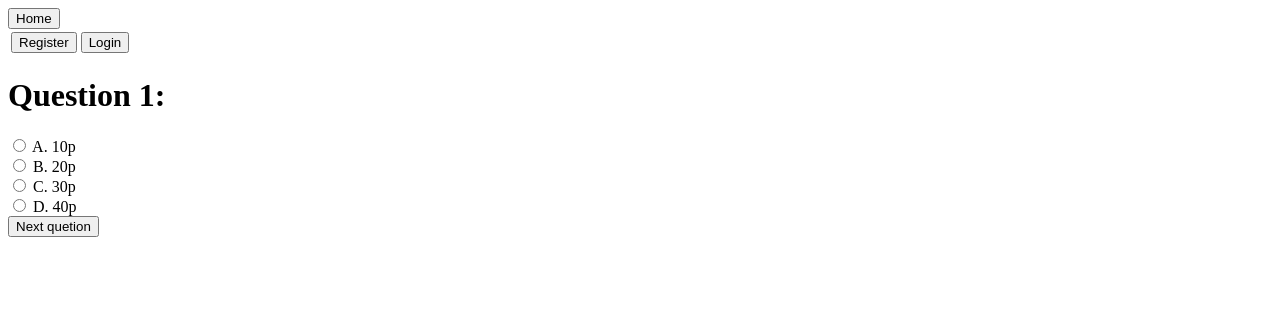
Repository: 1412554/EduSolution
Page: http://localhost/EduSolution/q1
The author's editor kept a copy of each file at every save. The page is drawn from the files as they stood at one save, then again after the next save.
The browser window is 1280 px wide. The pictures show the whole page.
The page is served by Tomcat 9. Other server files are loaded and not shown. Queries for data that is not in the repository find no rows.

Above is the page before, as saved 2017-05-28 08:40:31.

### Eclipse workspace/EduSolution/WebContent/WEB-INF/views/q1.jsp
<%@ page language="java" contentType="text/html; charset=UTF-8"
    pageEncoding="UTF-8"%>
<!DOCTYPE html>
<html>
  	<head>
     	<title>Question 1</title>
  	</head>

  	<body>
  	<jsp:include page="account.jsp"></jsp:include>

  	<h1>Question 1:</h1>
  	<form method="POST" action="q2">
  		<input type="radio" name="a1" value="a"> A. 10p<br>
  		<input type="radio" name="a1" value="b"> B. 20p<br>
  		<input type="radio" name="a1" value="c"> C. 30p<br>
  		<input type="radio" name="a1" value="d"> D. 40p<br>
  		<input type="submit" value= "Next quetion" />
	</form>

  	</body>
</html>

### Eclipse workspace/EduSolution/WebContent/WEB-INF/views/account.jsp
<%@ taglib prefix="c" uri="http://java.sun.com/jsp/jstl/core"%>
<%@ page language="java" contentType="text/html; charset=UTF-8"
    pageEncoding="UTF-8"%>
<html>
<head>
</head>
<body>
	<form action="${pageContext.request.contextPath}/">
	    <input type="submit" value="Home" />
	</form>
	<c:choose>
		<c:when test="${loginedUser == null}">
		<table border="0">
		<tr>
			<td>
			<form action="${pageContext.request.contextPath}/register">
			    <input type="submit" value="Register" />
			</form>
			</td>
			<td>
			<form action="${pageContext.request.contextPath}/login">
			    <input type="submit" value="Login" />
			</form>
			</td>
		</tr>
		</table>
		</c:when>

		<c:otherwise>
		<table border="0">
		<tr>
			<td>
			<a href="${pageContext.request.contextPath}/userInfo">${loginedUser.userName}</a>
			</td>
			<td>
			<form action="${pageContext.request.contextPath}/logout">
				<input type="submit" value="Log out" />
			</form>
			</td>
		</tr>
		</table>
		</c:otherwise>
	</c:choose>
</body>
</html>

### Eclipse workspace/EduSolution/src/edusolution/servlet/Q1Servlet.java
package edusolution.servlet;

import java.io.IOException;

import javax.servlet.RequestDispatcher;
import javax.servlet.ServletException;
import javax.servlet.annotation.WebServlet;
import javax.servlet.http.HttpServlet;
import javax.servlet.http.HttpServletRequest;
import javax.servlet.http.HttpServletResponse;

@WebServlet(urlPatterns = { "/q1"})
public class Q1Servlet extends HttpServlet {
  private static final long serialVersionUID = 1L;

  public Q1Servlet() {
      super();
  }

  @Override
  protected void doGet(HttpServletRequest request, HttpServletResponse response)
          throws ServletException, IOException {

      RequestDispatcher dispatcher = this.getServletContext().getRequestDispatcher("/WEB-INF/views/q1.jsp");

      dispatcher.forward(request, response);

  }

  @Override
  protected void doPost(HttpServletRequest request, HttpServletResponse response)
          throws ServletException, IOException {
      doGet(request, response);
  }

}

### Eclipse workspace/EduSolution/src/edusolution/conn/ConnectionUtils.java
package edusolution.conn;

import java.sql.Connection;
import java.sql.SQLException;

public class ConnectionUtils {

   public static Connection getConnection()
             throws ClassNotFoundException, SQLException {

        return MySQLConnUtils.getMySQLConnection();
   }

   public static void closeQuietly(Connection conn) {
       try {
           conn.close();
       } catch (Exception e) {
       }
   }

   public static void rollbackQuietly(Connection conn) {
       try {
           conn.rollback();
       } catch (Exception e) {
       }
   }
}

### Eclipse workspace/EduSolution/src/edusolution/conn/MySQLConnUtils.java
package edusolution.conn;

import java.sql.Connection;
import java.sql.DriverManager;
import java.sql.SQLException;

public class MySQLConnUtils {

public static Connection getMySQLConnection()
        throws ClassNotFoundException, SQLException {

    // Chú ý: Thay đổi các thông số kết nối cho phù hợp.
    String hostName = "localhost";
    String dbName = "edusolution";
    String userName = "root";
    String password = "";
    return getMySQLConnection(hostName, dbName, userName, password);
}

public static Connection getMySQLConnection(String hostName, String dbName,
        String userName, String password) throws SQLException,
        ClassNotFoundException {
    // Khai báo class Driver cho DB MySQL
    // Việc này cần thiết với Java 5
    // Java6 trở lên tự động tìm kiếm Driver thích hợp.
    // Nếu bạn dùng Java > 5, thì ko cần dòng này cũng được.
    Class.forName("com.mysql.jdbc.Driver");

    // Cấu trúc URL Connection dành cho MySQL
    // Ví dụ: jdbc:mysql://localhost:3306/simplehr
    String connectionURL = "jdbc:mysql://" + hostName + ":3306/" + dbName;

    Connection conn = DriverManager.getConnection(connectionURL, userName,
            password);
    return conn;
}
}

### Eclipse workspace/EduSolution/src/edusolution/utils/MyUtils.java
package edusolution.utils;

import java.sql.Connection;



import javax.servlet.ServletRequest;
import javax.servlet.http.Cookie;
import javax.servlet.http.HttpServletRequest;
import javax.servlet.http.HttpServletResponse;
import javax.servlet.http.HttpSession;



import edusolution.beans.UserAccount;

public class MyUtils {

   public static final String ATT_NAME_CONNECTION = "ATTRIBUTE_FOR_CONNECTION";

   private static final String ATT_NAME_USER_NAME = "ATTRIBUTE_FOR_STORE_USER_NAME_IN_COOKIE";

   // Lưu trữ Connection vào một thuộc tính của request.
   // Thông tin lưu trữ chỉ tồn tại trong thời gian yêu cầu (request)
   // cho tới khi dữ liệu được trả về trình duyệt người dùng.
   public static void storeConnection(ServletRequest request, Connection conn) {
       request.setAttribute(ATT_NAME_CONNECTION, conn);
   }

   // Lấy đối tượng Connection đã được lưu trữ trong 1 thuộc tính của request.
   public static Connection getStoredConnection(ServletRequest request) {
       Connection conn = (Connection) request.getAttribute(ATT_NAME_CONNECTION);
       return conn;
   }

   // Lưu trữ thông tin người dùng đã login vào Session
   public static void storeLoginedUser(HttpSession session, UserAccount loginedUser) {
       // Trên JSP có thể truy cập ${loginedUser}
       session.setAttribute("loginedUser", loginedUser);
   }

   // Lấy thông tin người dùng đã login trong session.
   public static UserAccount getLoginedUser(HttpSession session) {
       UserAccount loginedUser = (UserAccount) session.getAttribute("loginedUser");
       return loginedUser;
   }

   // Lưu thông tin người dùng vào Cookie.
   public static void storeUserCookie(HttpServletResponse response, UserAccount user) {
       System.out.println("Store user cookie");
       Cookie cookieUserName = new Cookie(ATT_NAME_USER_NAME, user.getUserName());
       // 1 ngày (Đã đổi ra giây)
       cookieUserName.setMaxAge(24 * 60 * 60);
       response.addCookie(cookieUserName);
   }

   public static String getUserNameInCookie(HttpServletRequest request) {
       Cookie[] cookies = request.getCookies();
       if (cookies != null) {
           for (Cookie cookie : cookies) {
               if (ATT_NAME_USER_NAME.equals(cookie.getName())) {
                   return cookie.getValue();
               }
           }
       }
       return null;
   }

   // Xóa Cookie của người dùng
   public static void deleteUserCookie(HttpServletResponse response) {
       Cookie cookieUserName = new Cookie(ATT_NAME_USER_NAME, null);
       // 0 giây. (Hết hạn ngay lập tức)
       cookieUserName.setMaxAge(0);
       response.addCookie(cookieUserName);
   }

}

### Eclipse workspace/EduSolution/src/edusolution/utils/DBUtils.java
package edusolution.utils;

import java.sql.Connection;
import java.sql.Date;
import java.sql.PreparedStatement;
import java.sql.ResultSet;
import java.sql.SQLException;
import java.sql.Timestamp;
import java.util.ArrayList;
import java.util.Collection;
import java.util.List;












import javax.servlet.jsp.jstl.sql.Result;

import edusolution.beans.UserAccount;

public class DBUtils {

	// Find user to login
	public static UserAccount findUser(Connection conn, String userName, String password) throws SQLException {
	    String sql = "select a.user_name, a.password, a.logical_thinking, a.detailed_thinking, a.speed_of_learning, a.communication "
	    				+ "from user_account a "
	    				+ " where a.user_name = ? and a.password= ?";

	    PreparedStatement pstm = conn.prepareStatement(sql);
	    pstm.setString(1, userName);
	    pstm.setString(2, password);
	    ResultSet rs = pstm.executeQuery();

	    while (rs.next()) {
	        int	logicalThinking		=	rs.getInt("logical_thinking");
	        int	detailedThinking	=	rs.getInt("detailed_thinking");
	        int	speedOfLearning		=	rs.getInt("speed_of_learning");
	        int	communication		=	rs.getInt("communication");
	        UserAccount user = new UserAccount(userName, password, logicalThinking, detailedThinking, speedOfLearning, communication);
	        return user;
	    }
	    return null;
	}


	public static UserAccount findUser(Connection conn, String userName) throws SQLException {
	    String sql = "select a.user_name, a.password, a.logical_thinking, a.detailed_thinking, a.speed_of_learning, a.communication "
	    				+ "from user_account a "
	    				+ " where a.user_name = ?";

	    PreparedStatement pstm = conn.prepareStatement(sql);
	    pstm.setString(1, userName);
	    ResultSet rs = pstm.executeQuery();

	    while (rs.next()) {
	    	String password			=	rs.getString("password");
	        int	logicalThinking		=	rs.getInt("logical_thinking");
	        int	detailedThinking	=	rs.getInt("detailed_thinking");
	        int	speedOfLearning		=	rs.getInt("speed_of_learning");
	        int	communication		=	rs.getInt("communication");
	        UserAccount user = new UserAccount(userName, password, logicalThinking, detailedThinking, speedOfLearning, communication);
	        return user;
	    }
	    return null;
	}

	// Find if userName already existed
	public static UserAccount findUserName(Connection conn, String userName) throws SQLException {

		String sql = "select a.user_name from user_account a where a.user_name = ? ";

		PreparedStatement pstm = conn.prepareStatement(sql);
		pstm.setString(1, userName);

		ResultSet rs = pstm.executeQuery();

		while (rs.next()) {
			UserAccount user = new UserAccount();
			user.setUserName(userName);
			return user;
		}
		return null;
	}

	// Register new user
	public static void insertUser(Connection conn, UserAccount user) throws SQLException {
		String sql = "insert into user_account(user_name, password, logical_thinking, detailed_thinking, speed_of_learning, communication) "
						+ "values (?,?,?,?,?,?)";

		PreparedStatement pstm = conn.prepareStatement(sql);

		pstm.setString(1, user.getUserName());
		pstm.setString(2, user.getPassword());
		pstm.setInt(3, user.getLogicalThinking());
		pstm.setInt(4, user.getDetailedThinking());
		pstm.setInt(5, user.getSpeedOfLearning());
		pstm.setInt(6, user.getCommunication());

		pstm.executeUpdate();
	}


	public static void updatePoint(Connection conn, String userName, int updatePoint) throws SQLException{
		String sql0 = "select a.point from User_account a where a.user_name=?";

		PreparedStatement pstm = conn.prepareStatement(sql0);
		pstm.setString(1, userName);
		ResultSet rs = pstm.executeQuery();
		int point = 0;
		while (rs.next()) {
			point = rs.getInt("point");
		}

		String sql = "update User_Account set point=? where user_name=?";

		pstm = conn.prepareStatement(sql);

		pstm.setInt(1, point + updatePoint);
		pstm.setString(2, userName);

		pstm.executeUpdate();
	}
}

After the next save:
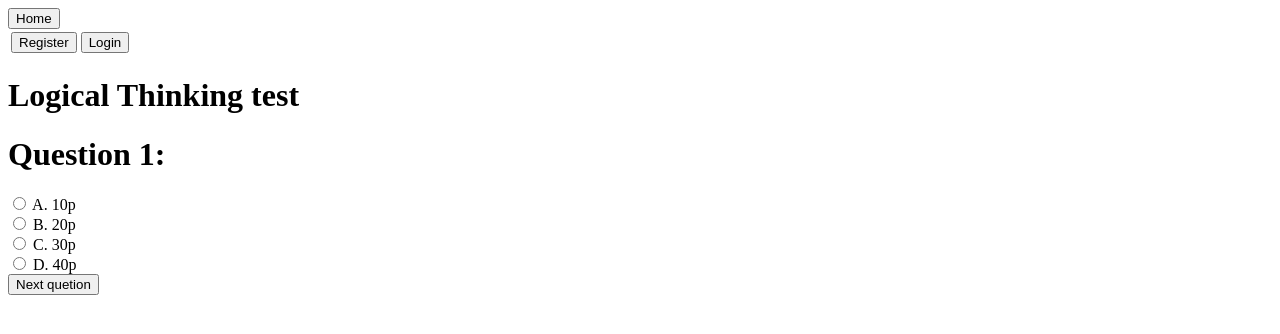
Saved 24 s later.
--- a/Eclipse workspace/EduSolution/WebContent/WEB-INF/views/q1.jsp
+++ b/Eclipse workspace/EduSolution/WebContent/WEB-INF/views/q1.jsp
@@ -8,7 +8,7 @@
 
   	<body>
   	<jsp:include page="account.jsp"></jsp:include>
-
+  	<h1>Logical Thinking test</h1>
   	<h1>Question 1:</h1>
   	<form method="POST" action="q2">
   		<input type="radio" name="a1" value="a"> A. 10p<br>
